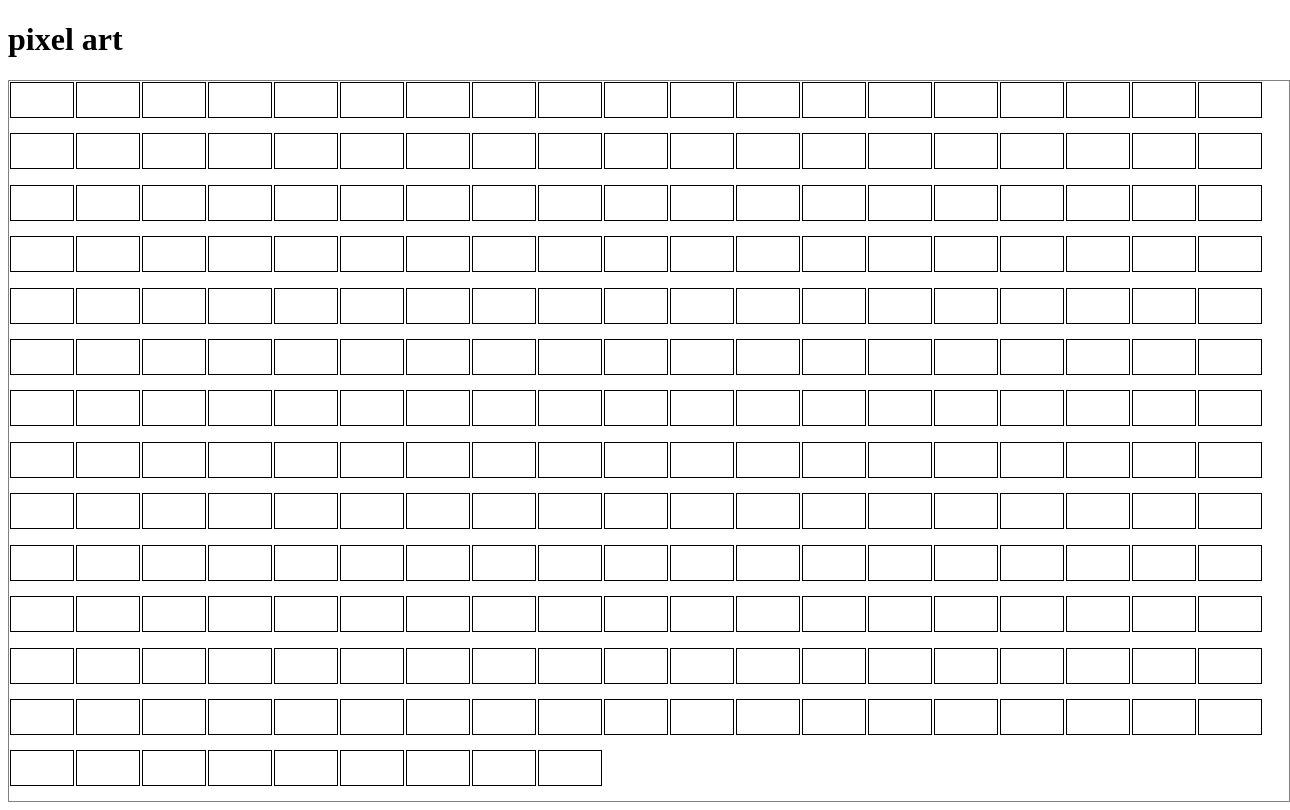
Repository: bechara611/pixelartdb
Page: /
These files come from the project's save history. The page is drawn as it stood at one moment and after the next save; the edit follows.
The browser window is 1280 px wide. The page is 1290 px wide, then 1288 px, so the pictures cover 1290 px, including what lies to the right of the window. The pictures show the whole page.
The project was rebuilt for these pictures with package versions that can differ from the ones it lists, and the page was loaded fresh each time. Also part of the build but not shown: vite.config.js.

Above is the page before, as saved 2023-03-05 19:47:11.

After the next save:
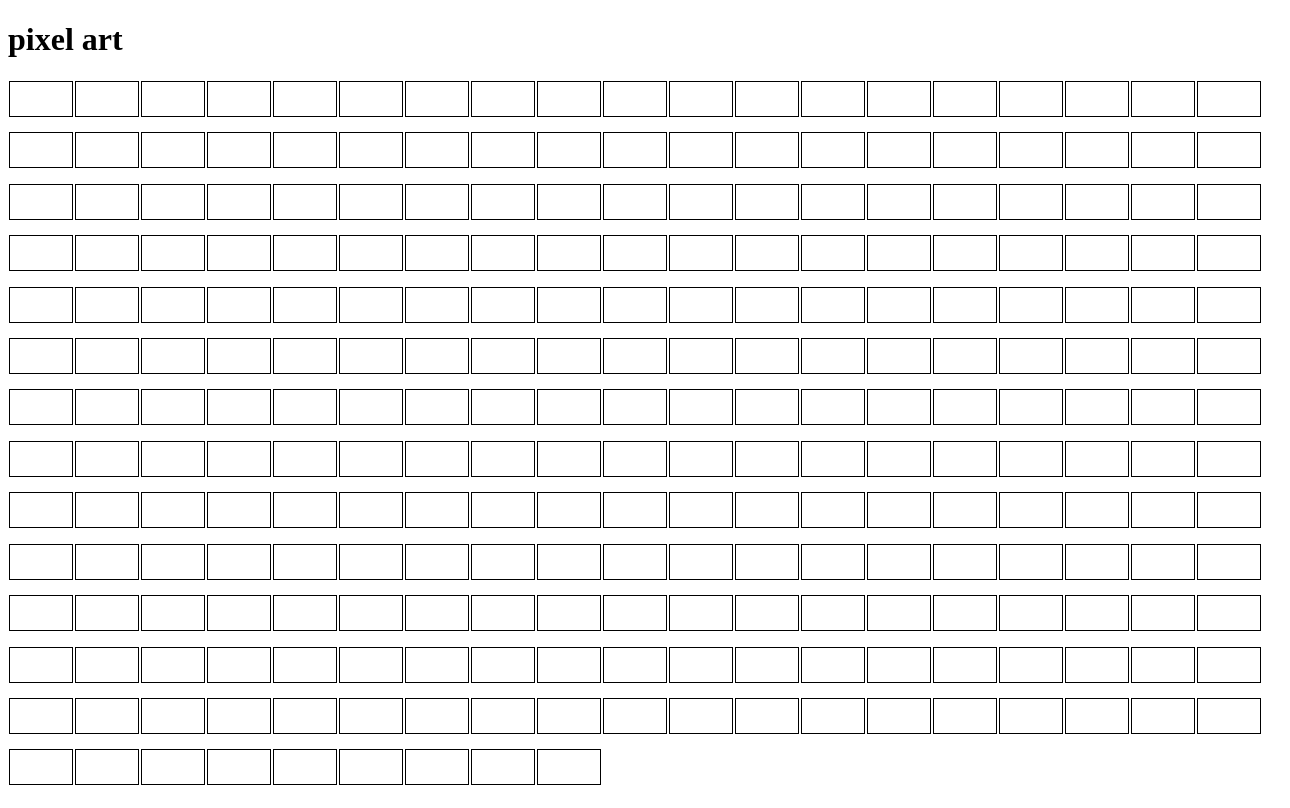
Saved 5 s later.
--- a/src/App.css
+++ b/src/App.css
@@ -17,7 +17,7 @@
   flex-direction: row;
   flex-wrap: wrap;
 
-  border: 1px solid grey;
+
 width: 100vw;
 height: 100vh;
 
